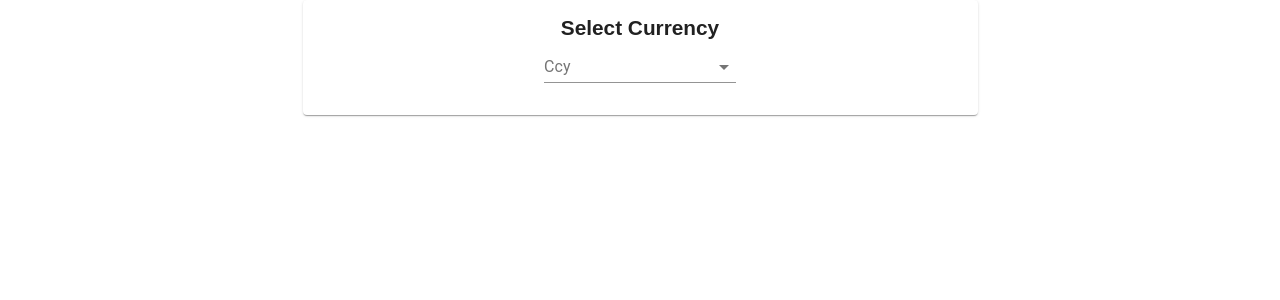
Repository: AmanullaChishty/filter
Page: /
These files come from the project's save history. The page is drawn as it stood at one moment and after the next save; the edit follows.
The browser window is 1280 px wide. The pictures show the whole page.
The page's requests for data from a server got no answer. The project was rebuilt for these pictures with package versions that can differ from the ones it lists, and the page was loaded fresh each time. No one was signed in, and anything a server would have sent is missing. Imported but missing from the stored project, and not drawn on this page: src/reducers/simpleReducer.

Above is the page before, as saved 2020-01-25 22:17:33.

### src/index.js
import React from 'react';
import ReactDOM from 'react-dom';

// Required for Redux store setup
import { Provider } from 'react-redux'
import configureStore from './store';

import './index.css';
import App from './App';
import registerServiceWorker from './registerServiceWorker';

ReactDOM.render(
  <Provider store={configureStore()}>
    <App />
  </Provider>,
  document.getElementById('root')
);
registerServiceWorker();

### src/store.js
import { createStore, applyMiddleware } from 'redux';
import thunk from 'redux-thunk';
import rootReducer from './reducers/rootReducer';

export default function configureStore(initialState={}) {
  return createStore(
    rootReducer,
    applyMiddleware(thunk)
  );
}

### src/App.js
import MUIDataTable from "mui-datatables";
import React, { Component } from 'react';
import { connect } from 'react-redux';
import { bindActionCreators } from 'redux';
import './App.css';
import { fetchData } from './searchBar/actions/fetchData';
// import WorkList from './gridList'
import SearchBar from './searchBar/components/searchBar';
import { getData } from './searchBar/selectors/searchSelectors';



/*
 * mapDispatchToProps
*/
// const mapDispatchToProps = dispatch => ({
//   simpleAction: () => dispatch(simpleAction())
// })

/*
 * mapStateToProps
*/
// const mapStateToProps = state => ({
//   ...state
// })

const mapStateToProps=state=> {
  return {
      content:getData(state)
      };
}

const mapDispatchToProps = dispatch => bindActionCreators({
  fetchAllData:fetchData,
}, dispatch)

const headers = [{ name: "invoice_id", label: "Invoice id", options: { filter: true, sort: true, } },{ name: "reference", label: "Reference", options: { filter: true, sort: true, } },
{ name: "maturity_date", label: "Maturity Date", options: { filter: true, sort: true, } },{ name: "invoice_amount", label: "Invoice Amount", options: { filter: true, sort: true, } },
{ name: "ccy", label: "CCY", options: { filter: true, sort: true, } },{ name: "buyer", label: "Buyer", options: { filter: true, sort: true, } },
{ name: "supplier", label: "Supplier", options: { filter: true, sort: true, } },{ name: "invoice_date", label: "Invoice Date", options: { filter: true, sort: true, } },]

const options = {
  filterType: "checkbox",
  responsive: "stacked",
}

/**
 * @class App
 * @extends {Component}
 */
class App extends Component {


  componentDidMount() {
    const { fetchAllData } = this.props;
    fetchAllData();

}
  /**
   * @memberof App
   * @summary handles button click
   */
  // simpleAction = (event) => {
  //   this.props.simpleAction();
  // }

  render() {
    const {content} = this.props;
    return (
      <div className="App">
        {/* <WorkList/> */}
        <SearchBar/>
        {/* <MUIDataTable
            title={'Detail List'}
            data={content}
            columns={headers}
            options={options}

          /> */}
        {/* <header className="App-header">
          <img src={logo} className="App-logo" alt="logo" />
          <h1 className="App-title">Welcome to React</h1>
        </header>
        <pre>
          {
            JSON.stringify(this.props)
          }
        </pre>
        <button onClick={this.simpleAction}>Test redux action</button>
        <p className="App-intro">
          To get started, edit <code>src/App.js</code> and save to reload.
        </p> */}
      </div>
    );
  }
}

export default connect(mapStateToProps, mapDispatchToProps)(App);

### src/reducers/rootReducer.js
import { combineReducers } from 'redux';
import simpleReducer from './simpleReducer';
import searchReducer from '../searchBar/reducers/searchReducer'

export default combineReducers({
  simpleReducer,
  searchReducer
});

### src/searchBar/actions/fetchData.js
import { getData } from "./searchAction";


function fetchData() {
    return dispatch => {
        fetch(`https://my.api.mockaroo.com/tallydata.json?key=1e3baa20`, {
            headers: {
              'Content-Type': 'application/json'

            }
          })
        .then(res => res.json())
        .then(res => {
            if(res.error) {
                throw(res.error);
            }
            dispatch(getData(res));

            return res;
        })
        .catch(error => {
            alert(error);
        })
    }
}

export { fetchData };

### src/searchBar/components/searchBar.js
import React, { Component } from 'react';
import { connect } from 'react-redux';
import { bindActionCreators } from 'redux';
import { fetchData } from '../actions/fetchData';
import { search } from '../actions/searchAction';
import { getData, getSearchData } from '../selectors/searchSelectors';
import InputLabel from '@material-ui/core/InputLabel';
import MenuItem from '@material-ui/core/MenuItem';
import FormControl from '@material-ui/core/FormControl';
import Select from '@material-ui/core/Select';
import { Grid, Card, CardContent,CardActions } from '@material-ui/core';




class SearchBar extends Component {

  constructor(props){
    super(props);
    this.handleChange=this.handleChange.bind(this)
    this.state = {
      ccy:'',

    }
  }

  componentDidMount() {
    const { fetchAllData } = this.props;
    fetchAllData();
    }



  handleChange = event => {
    this.setState({ccy:event.target.value})
  };
  render() {
    // const {searchData, value,content} = this.props;
    const {ccy} = this.state

    return (
      <Grid style={{display:'flex',justifyContent:'center',alignItems:'center',flexDirection:'column'}}>
        {/* <input
          className="form-control"
          placeholder = "Procurar Trabalho"
          onChange={(e) => searchData(e.target.value)}
         />
    <h3>{value}</h3> */}
    <Card style={{maxWidth:675,width:'100%'}}>
      <CardContent>
        <Grid style={{display:'flex',justifyContent:'center',alignItems:'center',flexDirection:'column'}}>
      <span style={{fontSize:'1.3em',fontWeight:'bold',marginBottom:'-1em'}}>Select Currency</span>
    <FormControl style={{width:'12em',marginTop:'1em'}} >

        <InputLabel id="ccy">
          Ccy
        </InputLabel>
        <Select
          labelId="ccy"
          id="demo-simple-select-outlined"
          value={ccy}
          onChange={this.handleChange}
         >

          <MenuItem value={10}>USD</MenuItem>
          <MenuItem value={20}>INR</MenuItem>
          <MenuItem value={30}>JPY</MenuItem>
          <MenuItem value={30}>RYD</MenuItem>
        </Select>
      </FormControl>
      </Grid>
      </CardContent>
      <CardActions>

      </CardActions>
      </Card>
    </Grid>
    );
  }
}

// function mapStateToProps({works}) {
//   return {value: works.value};
// }

const mapStateToProps=state=> {
    return {
        value: getSearchData(state),
        content:getData(state)
        };
  }

const mapDispatchToProps = dispatch => bindActionCreators({
    searchData: search,
    fetchAllData:fetchData,
}, dispatch)

// function mapDispatchToProps(dispatch) {
//   return bindActionCreators({search}, dispatch);
// }

export default connect(mapStateToProps, mapDispatchToProps)(SearchBar);

### src/searchBar/selectors/searchSelectors.js
import { createSelector } from 'reselect';

export const getSearchData = createSelector(
    state => state.searchReducer.serachedValue,
    serachedValue => serachedValue
)

export const getData = createSelector(
    state => state.searchReducer.contents,
    contents=>contents
)

### src/searchBar/reducers/searchReducer.js
import { SEARCH, SUCCESS } from '../actions/searchAction';

const initialState = {contents: [], value: '', serachedValue: []};

export default function searchReducer(state = initialState, action) {
  switch(action.type) {
    case SUCCESS: {
      const {contents} = action;
      return {
        ...state,
        contents:contents
      };
    }
    case SEARCH: {
      const {value} = action;
      const works = state.contents.filter((val) => {console.log('val',val), val.includes(value)});
      return {
        ...state,
        value:value,
        serachedValue:works
      };
    }
    default:
      return state;
  }
}

### src/searchBar/actions/searchAction.js
export const SEARCH = 'SEARCH';
export const SUCCESS = 'SUCCESS'

export function search(value) {
  return {
      type: SEARCH,
      value:value
    };
}

export function getData(res) {
  return {
      type: SUCCESS,
      contents:res
    };
}

// export const search = (value) => dispatch => {
//     dispatch({
//       type: SEARCH,
//       payload: value
//     })
//   }

Loaded but not shown: public/index.html (common file); src/index.css (common file); src/registerServiceWorker.js (common file); src/App.css (common file)

After the next save:
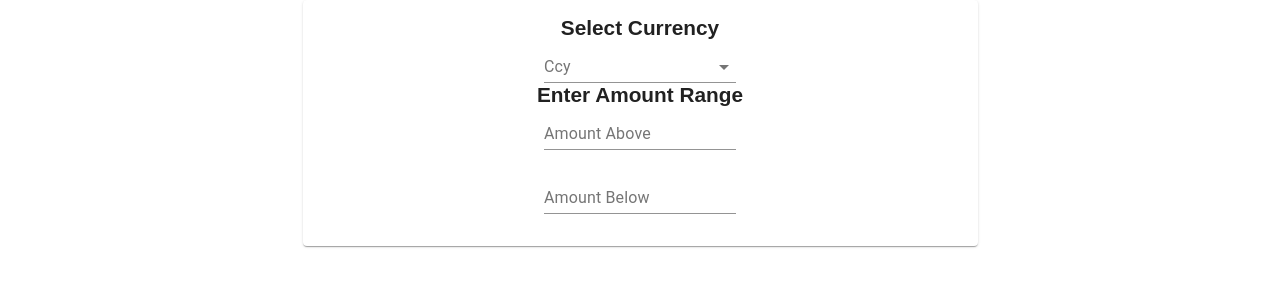
Saved 9 min 48 s later.
--- a/src/searchBar/components/searchBar.js
+++ b/src/searchBar/components/searchBar.js
@@ -8,7 +8,7 @@ import InputLabel from '@material-ui/core/InputLabel';
 import MenuItem from '@material-ui/core/MenuItem';
 import FormControl from '@material-ui/core/FormControl';
 import Select from '@material-ui/core/Select';
-import { Grid, Card, CardContent,CardActions } from '@material-ui/core';
+import { Grid, Card, CardContent,CardActions, Input } from '@material-ui/core';
 
 
 
@@ -69,6 +69,29 @@ class SearchBar extends Component {
         </Select>
       </FormControl>
       </Grid>
+
+      <Grid style={{display:'flex',justifyContent:'center',alignItems:'center',flexDirection:'column'}}>
+      <span style={{fontSize:'1.3em',fontWeight:'bold',marginBottom:'-1em'}}>Enter Amount Range</span>
+      <Grid style={{display:'flex',justifyContent:'center',alignItems:'center',flexDirection:'column'}}>
+      <FormControl style={{width:'12em',marginTop:'1em'}} >
+
+      <InputLabel id="ccy">
+        Amount Above
+      </InputLabel>
+      <Input type='number'/>
+
+    </FormControl>
+    <FormControl style={{width:'12em',marginTop:'1em'}} >
+
+      <InputLabel id="ccy">
+        Amount Below
+      </InputLabel>
+      <Input type='number'/>
+
+    </FormControl>
+      </Grid>
+      </Grid>
+
       </CardContent>
       <CardActions>
 
